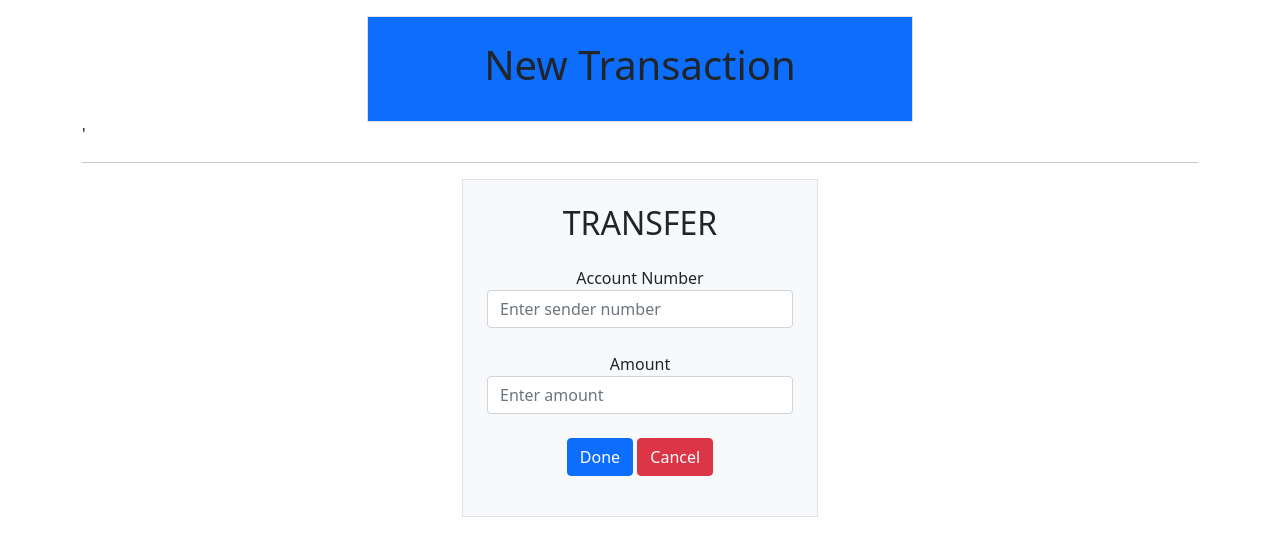
Repository: RMVLajaykumar/monojavaee
Page: http://localhost/13-bankapplication-demo/transaction.jsp
An editor plug-in stored every save of this project. The page is shown before and after the next save, followed by the edit.
The browser window is 1280 px wide. The pictures show the whole page.
The page is served by Tomcat 9. Nobody is signed in. The application's start-up code is not run.

Above is the page before, as saved 2024-07-20 19:08:28.

After the next save:
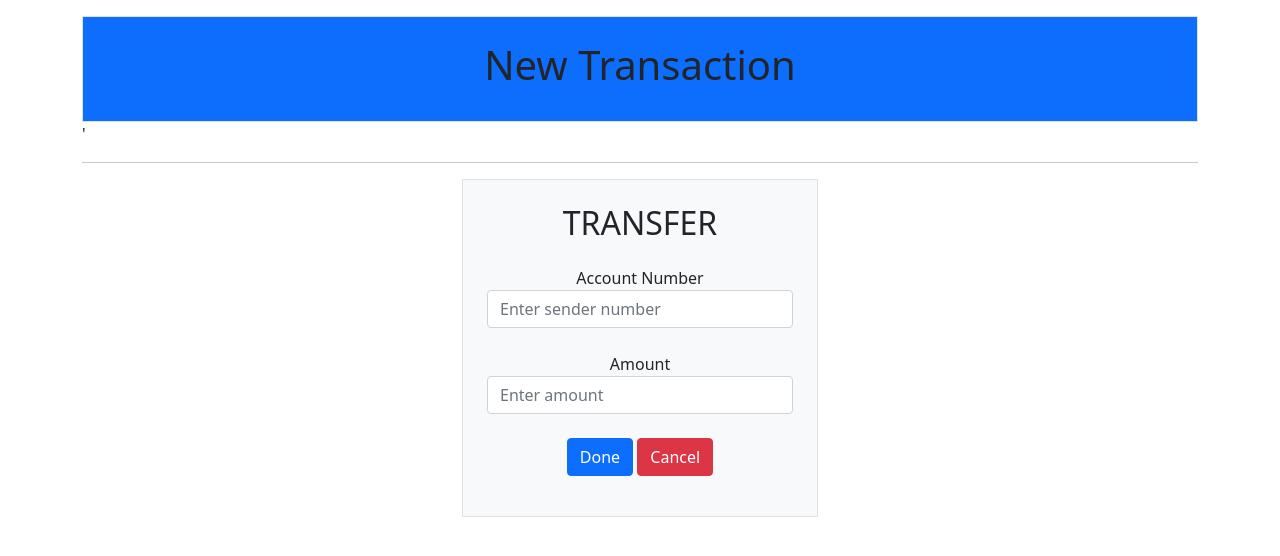
Saved 16 s later.
--- a/13-bankapplication-demo/WebContent/transaction.jsp
+++ b/13-bankapplication-demo/WebContent/transaction.jsp
@@ -15,7 +15,7 @@
 <body>
   <div class="container mt-3">
     <div class="row justify-content-center">
-      <div class="col-6">
+      <div class="col-12">
         <div class="p-4 border bg-primary text-center">
           <h1>New Transaction</h1>
 
